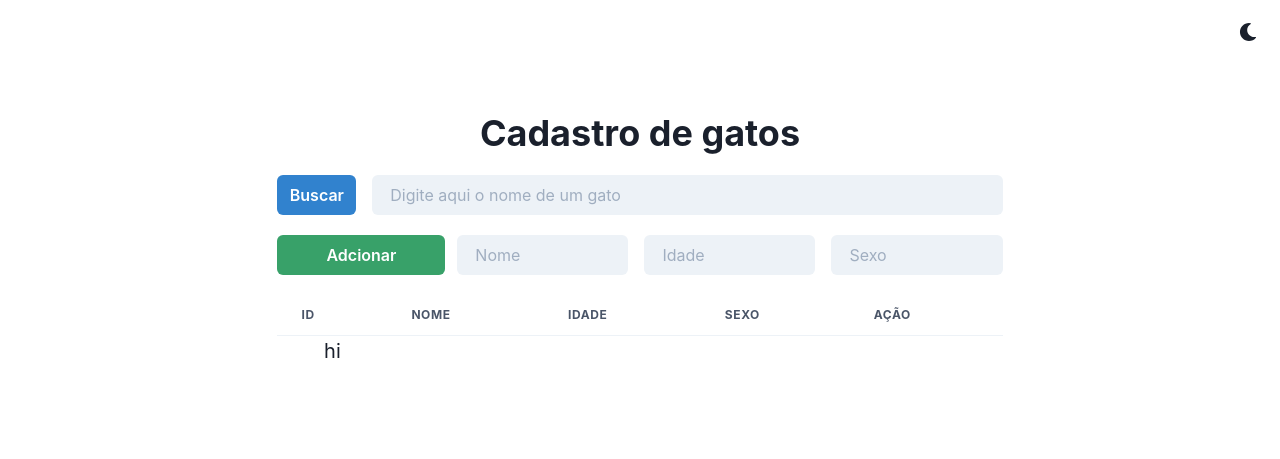
Repository: thislucasme/front-end-cats-react.js
Page: /
An editor plug-in stored every save of this project. The page is shown before and after the next save, followed by the edit.
The browser window is 1280 px wide. The pictures show the whole page.
The page's requests for data from a server got no answer. The project was rebuilt for these pictures with package versions that can differ from the ones it lists, and the page was loaded fresh each time. No one was signed in, and anything a server would have sent is missing.

Above is the page before, as saved 2021-10-27 10:14:59.

### src/App.tsx
import React, { useState, useEffect } from "react";
import {
  ChakraProvider,
  Box,
  VStack,
  Grid,
  theme,
  Flex,
  Button,
  Spacer,
  Input,
  Container,
  Heading,
  Table,
  Thead,
  Tbody,
  Image,
  Tr,
  Th,
  Td,
  useToast
} from "@chakra-ui/react"
import { ColorModeSwitcher } from "./ColorModeSwitcher"
import axios from "axios";
import { Cat } from "./cat.interface";
import useSWR from "swr";

const apiGet = (url:any) => axios.get(url).then(response => response.data);


export const App: React.FC = () => {
  const [gatos, setGatos] = useState<Cat[]>();
  const [nome, setNome] = useState("");
  const [idade, setIdade] = useState("");
  const [sexo, setSexo] = useState("");
  const [campoBusca, setCampoBusca] = useState("");

  const apiRequest = (url: string) => axios.get(url).then(response => response.data);

  const { data, error } = useSWR('http://localhost:3000/cats', apiRequest);



  function getAllTeste(){
    console.log(data);
  }

  const salvar = () => {

    const dadosTemp = {
      nome: nome,
      idade: Number(idade),
      sexo: sexo
    }

    axios.post('http://localhost:3000/cats/cat', dadosTemp)
      .then(result => {
        console.log("salvo");
        //buscar();
      }).catch(error => {
        console.log("erro ao salvar")
      });
  }

    const buscarByNome = () => {
      axios.get('http://localhost:3000/cats/' + campoBusca)
        .then(response => {
          setGatos(response.data);
          setCampoBusca('');
        })
  }

  function apagarGato(id: number) {
    axios.delete('http://localhost:3000/cats/' + id)
      .then(response => {

      })
    console.log("Apagar gato com id: " + id);
  }


  return (
     <ChakraProvider theme={theme}>
    <Box textAlign="center" fontSize="xl">
      <Grid minH="100vh" p={3}>
        <ColorModeSwitcher justifySelf="flex-end" />
        <VStack spacing={8}>
          <Container borderRadius={3} w={"80%"} h={"80vh"}>
            <Heading p={5}>Cadastro de gatos</Heading>
            <Flex>
              <Button colorScheme="blue" onClick={() => {getAllTeste()}}>Buscar</Button>
              <Spacer />
              <Input ml={4} value={campoBusca} onChange={(e) => {setCampoBusca(e.target.value)}} variant="filled" placeholder="Digite aqui o nome de um gato" />
            </Flex>
            <Flex mt={5}>
              <Button mr={3} w="full" colorScheme="green" onClick={() => {salvar()}}>Adcionar</Button>
              <Input valule={nome} onChange={(e) => {setNome(e.target.value)} } variant="filled" placeholder="Nome" />
              <Input valule={idade} onChange={(e) => {setIdade(e.target.value)}} ml={4} variant="filled" placeholder="Idade" />
              <Input valule={sexo} onChange={(e) => {setSexo(e.target.value)}} ml={4} variant="filled" placeholder="Sexo" />
            </Flex>

            <Table mt={5} variant="simple">
              <Thead>
                  <Tr>
                  <Th>ID</Th>
                  <Th>Nome</Th>
                  <Th>Idade</Th>
                    <Th>Sexo</Th>
                    <Th>Ação</Th>
                </Tr>
              </Thead>
                <Tbody>
                  {
                    data ?
                    data?.map((res:Cat) => (
                   <Tr color={"gray"} fontSize={"md"}>
                     <Td>{ res.idGato}</Td>
                     <Td>{ res.nome}</Td>
                      <Td>{ res.idade}</Td>
                     <Td>{res.sexo}</Td>
                     <Td><Button ml={4} variant={"ghost"} onClick={() => {apagarGato(res.idGato)}}><Image src="https://i.ibb.co/89zmrZs/delete.png"/></Button></Td>
                      </Tr>
                    )).reverse()
                      :<h1>hi</h1>
                 }

              </Tbody>

            </Table>
          </Container>
        </VStack>
      </Grid>
    </Box>
  </ChakraProvider>
  );
}

### src/ColorModeSwitcher.tsx
import * as React from "react"
import {
  useColorMode,
  useColorModeValue,
  IconButton,
  IconButtonProps,
} from "@chakra-ui/react"
import { FaMoon, FaSun } from "react-icons/fa"

type ColorModeSwitcherProps = Omit<IconButtonProps, "aria-label">

export const ColorModeSwitcher: React.FC<ColorModeSwitcherProps> = (props) => {
  const { toggleColorMode } = useColorMode()
  const text = useColorModeValue("dark", "light")
  const SwitchIcon = useColorModeValue(FaMoon, FaSun)

  return (
    <IconButton
      size="md"
      fontSize="lg"
      variant="ghost"
      color="current"
      marginLeft="2"
      onClick={toggleColorMode}
      icon={<SwitchIcon />}
      aria-label={`Switch to ${text} mode`}
      {...props}
    />
  )
}

Loaded but not shown: public/index.html (common file); src/index.tsx (common file); src/reportWebVitals.ts (common file); src/serviceWorker.ts (common file)

After the next save:
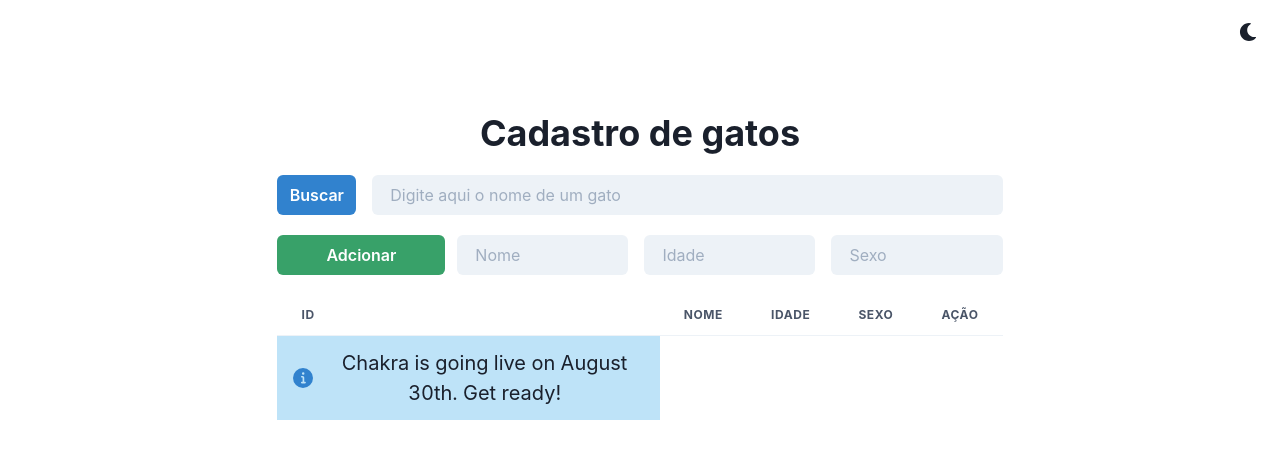
Saved 2 min 7 s later.
--- a/src/App.tsx
+++ b/src/App.tsx
@@ -18,7 +18,9 @@
   Tr,
   Th,
   Td,
-  useToast
+  useToast,
+  Alert,
+  AlertIcon
 } from "@chakra-ui/react"
 import { ColorModeSwitcher } from "./ColorModeSwitcher"
 import axios from "axios";
@@ -111,7 +113,7 @@
               </Thead>
                 <Tbody>
                   {
-                    data ?
+                    gatos ?
                     data?.map((res:Cat) => (
                    <Tr color={"gray"} fontSize={"md"}>
                      <Td>{ res.idGato}</Td>
@@ -121,7 +123,7 @@
                      <Td><Button ml={4} variant={"ghost"} onClick={() => {apagarGato(res.idGato)}}><Image src="https://i.ibb.co/89zmrZs/delete.png"/></Button></Td>
                       </Tr>
                     )).reverse()
-                      :<h1>hi</h1>
+                      :   <Alert status="info"><AlertIcon />Chakra is going live on August 30th. Get ready!</Alert>
                  }
 
               </Tbody>

After the save that followed:
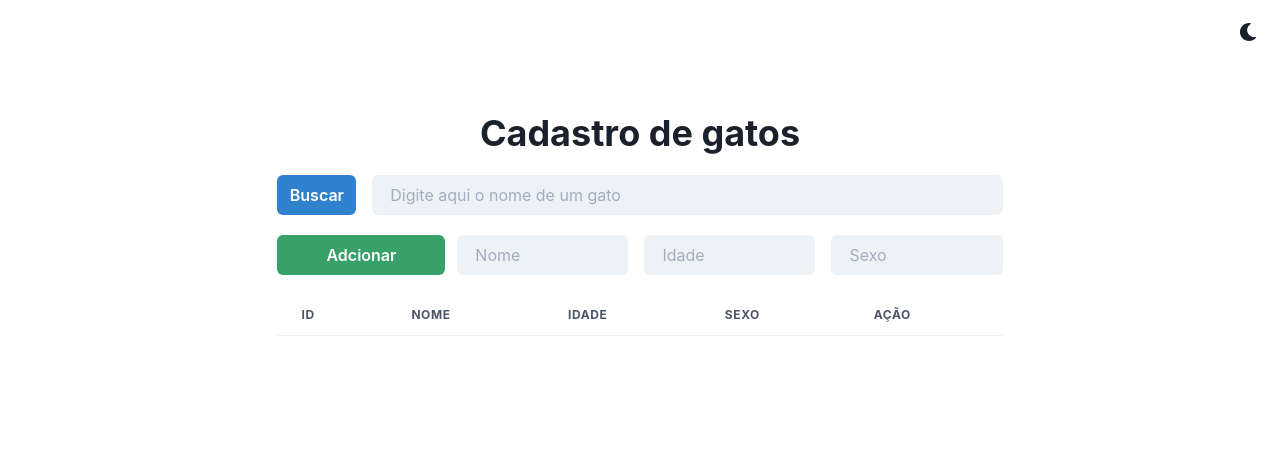
Saved 38 s later.
--- a/src/App.tsx
+++ b/src/App.tsx
@@ -18,9 +18,7 @@
   Tr,
   Th,
   Td,
-  useToast,
-  Alert,
-  AlertIcon
+  useToast
 } from "@chakra-ui/react"
 import { ColorModeSwitcher } from "./ColorModeSwitcher"
 import axios from "axios";
@@ -113,7 +111,6 @@
               </Thead>
                 <Tbody>
                   {
-                    gatos ?
                     data?.map((res:Cat) => (
                    <Tr color={"gray"} fontSize={"md"}>
                      <Td>{ res.idGato}</Td>
@@ -122,8 +119,7 @@
                      <Td>{res.sexo}</Td>
                      <Td><Button ml={4} variant={"ghost"} onClick={() => {apagarGato(res.idGato)}}><Image src="https://i.ibb.co/89zmrZs/delete.png"/></Button></Td>
                       </Tr>
-                    )).reverse()
-                      :   <Alert status="info"><AlertIcon />Chakra is going live on August 30th. Get ready!</Alert>
+                 )).reverse()
                  }
 
               </Tbody>
